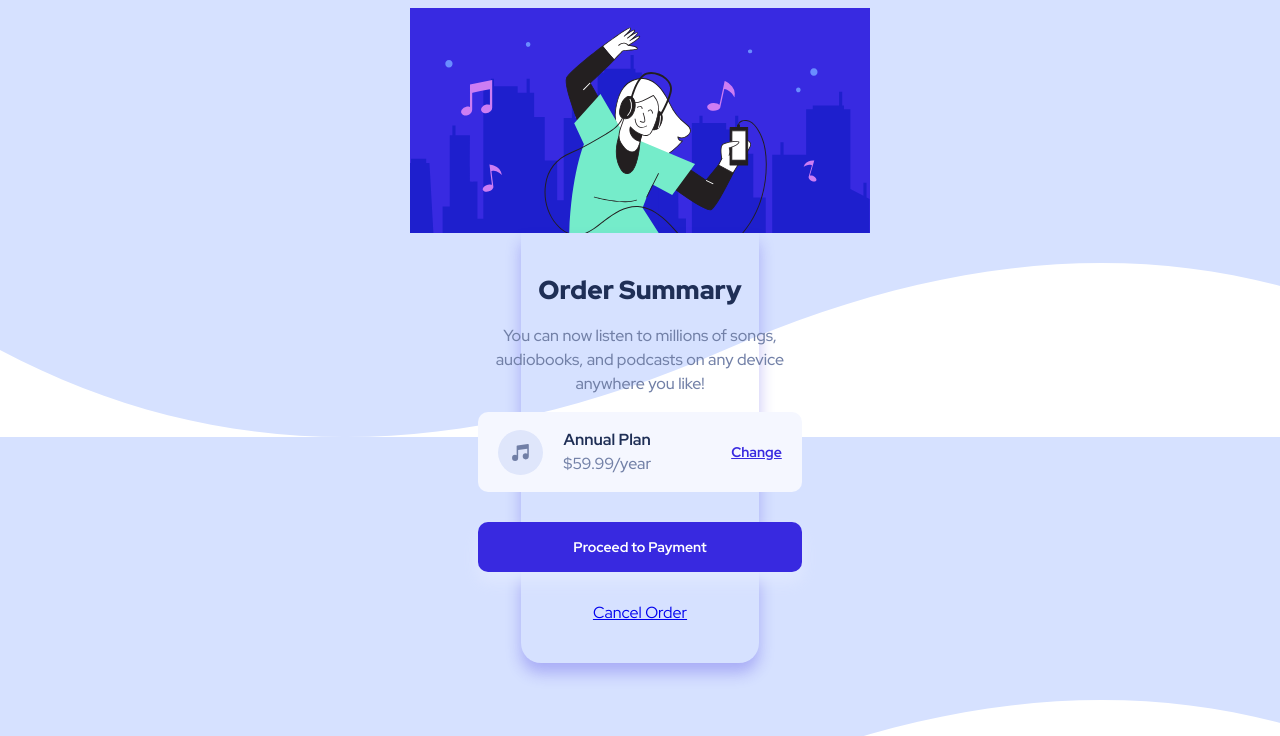
Repository: Pawan-pediredla/frontend-mentors
Page: order-summary-card/order-summary-component-main/markup/index.html
An editor plug-in stored every save of this project. The page is shown before and after the next save, followed by the edit.
The browser window is 1280 px wide. The pictures show the whole page.

Above is the page before, as saved 2024-06-22 12:18:45.

After the next save:
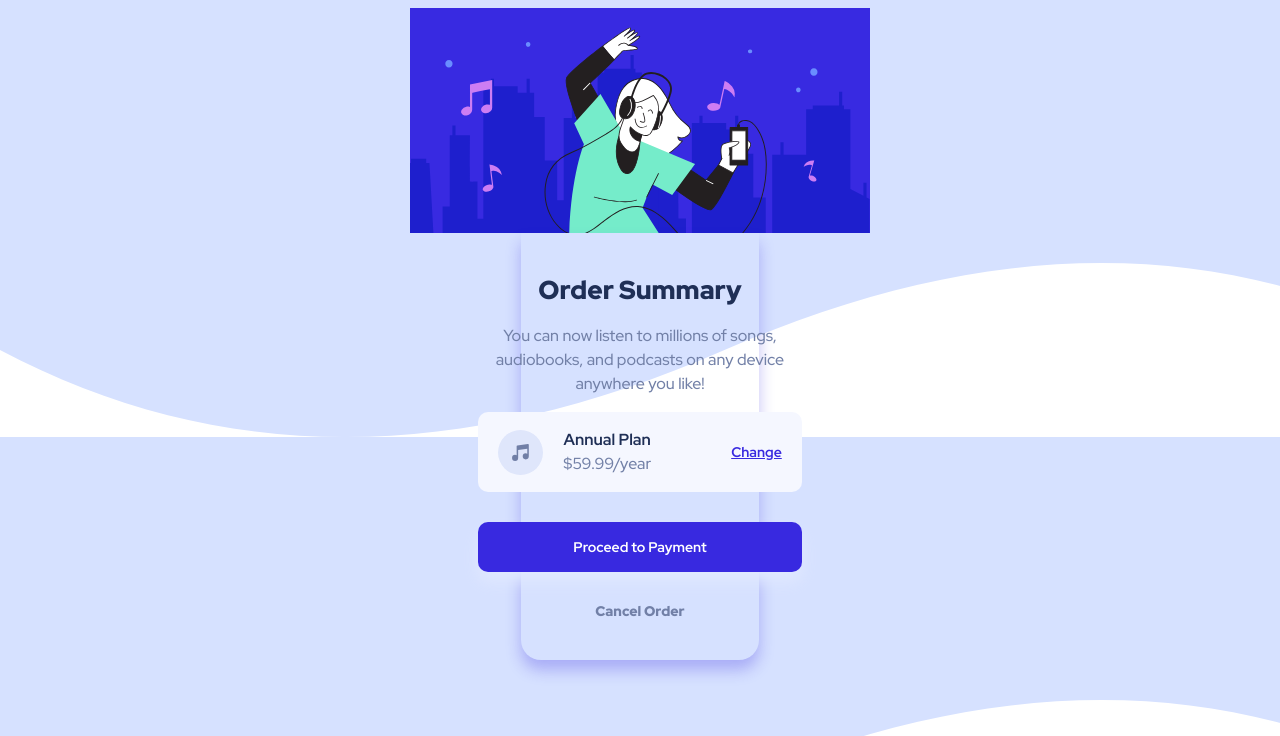
Saved 8 s later.
--- a/order-summary-card/order-summary-component-main/styling/index.css
+++ b/order-summary-card/order-summary-component-main/styling/index.css
@@ -108,3 +108,9 @@
     margin: 30px 0;
     box-shadow: 0px 10px 15px var(--pale-blue);
   }
+  section.footer a {
+    font-size: 14px;
+    font-weight: 900;
+    text-decoration: none;
+    color: var(--desaturated-blue);
+  }
